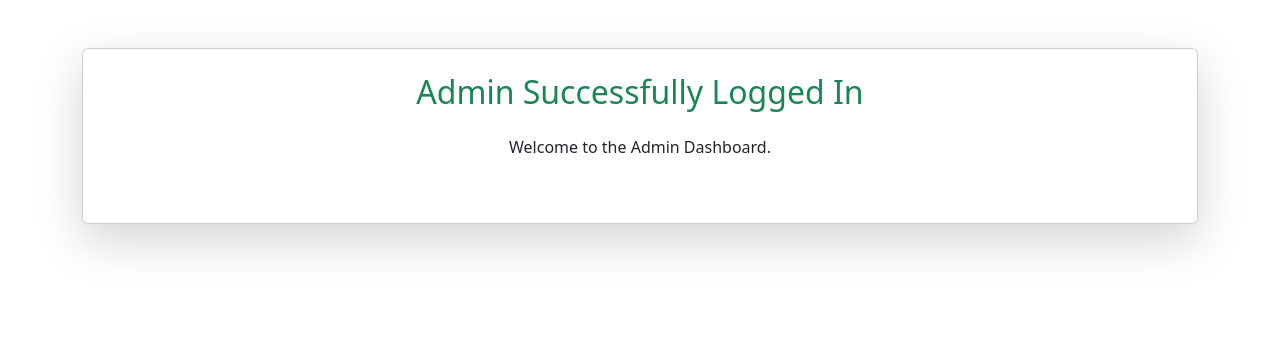
Repository: viraj2623/My_projects
Page: loginandregpr/src/main/webapp/main.html
The author's editor kept a copy of each file at every save. The page is drawn from the files as they stood at one save, then again after the next save.
The browser window is 1280 px wide. The pictures show the whole page.

Above is the page before, as saved 2025-03-05 08:01:34.

### loginandregpr/src/main/webapp/main.html
<!DOCTYPE html>
<html lang="en">
<head>
    <meta charset="UTF-8">
    <meta name="viewport" content="width=device-width, initial-scale=1.0">
    <title>Admin Dashboard</title>
    <link rel="stylesheet" href="https://cdnjs.cloudflare.com/ajax/libs/bootstrap/5.3.0/css/bootstrap.min.css">
</head>
<body>
    <div class="container text-center mt-5">
        <div class="card shadow-lg p-4">
            <h2 class="text-success">Admin Successfully Logged In</h2>
            <p class="mt-3">Welcome to the Admin Dashboard.</p>
            <div class="mt-4">

            </div>
        </div>
    </div>
    <script src="https://cdnjs.cloudflare.com/ajax/libs/bootstrap/5.3.0/js/bootstrap.bundle.min.js"></script>
</body>
</html>

After the next save:
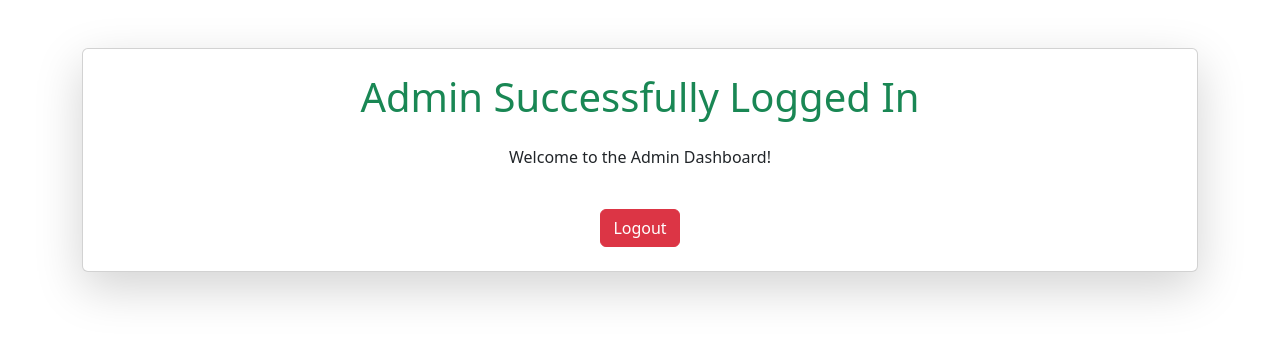
Saved 80 s later.
--- a/loginandregpr/src/main/webapp/main.html
+++ b/loginandregpr/src/main/webapp/main.html
@@ -7,12 +7,12 @@
     <link rel="stylesheet" href="https://cdnjs.cloudflare.com/ajax/libs/bootstrap/5.3.0/css/bootstrap.min.css">
 </head>
 <body>
-    <div class="container text-center mt-5">
+    <div class="container mt-5 text-center">
         <div class="card shadow-lg p-4">
-            <h2 class="text-success">Admin Successfully Logged In</h2>
-            <p class="mt-3">Welcome to the Admin Dashboard.</p>
+            <h1 class="text-success">Admin Successfully Logged In</h1>
+            <p class="mt-3">Welcome to the Admin Dashboard!</p>
             <div class="mt-4">
-
+                <a href="logout.html" class="btn btn-danger">Logout</a>
             </div>
         </div>
     </div>
